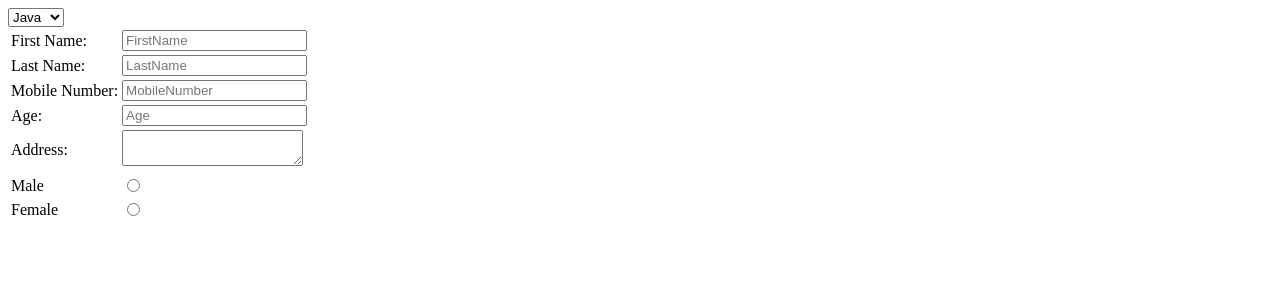
Repository: Ganesh281996/Ganesh
Page: BasicHtml/WebContent/Login.html
These files come from the project's save history. The page is drawn as it stood at one moment and after the next save; the edit follows.
The browser window is 1280 px wide. The pictures show the whole page.

Above is the page before, as saved 2018-03-27 12:07:34.

After the next save:
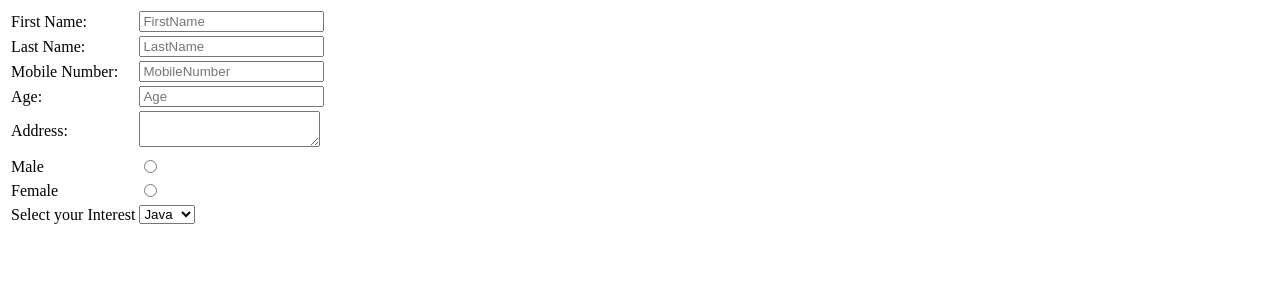
Saved 90 s later.
--- a/BasicHtml/WebContent/Login.html
+++ b/BasicHtml/WebContent/Login.html
@@ -29,12 +29,16 @@
 <tr>
 <td>Female</td><td> <input type="radio" name="Gender" value="Female"></td>
 </tr>
-<select>
+<tr>
+<td>Select your Interest </td>
+<td><select>
 <option value="Java">Java</option>
 <option value=".Net">.Net</option>
 <option value="C++">C++</option>
 <option value="Mean">Mean</option>
 </select>
+</td>
+</tr>
 </table>
 </form>
 </body>
